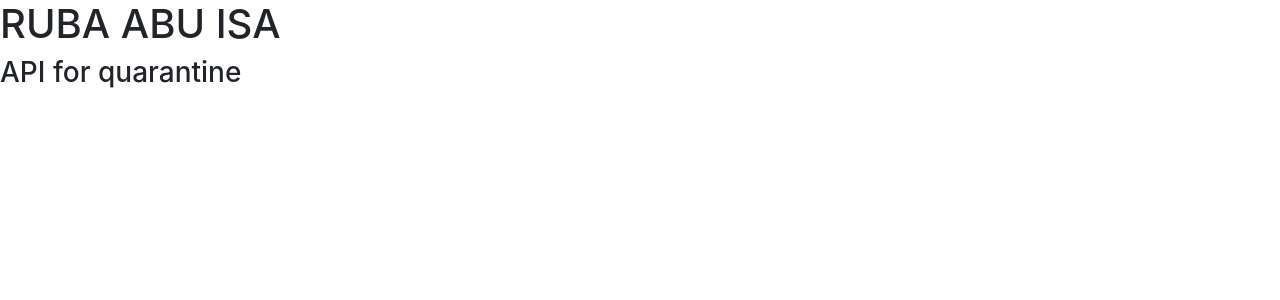
Repository: rubaabu/Fullstack-bitberry
Page: server/index.html
An editor plug-in stored every save of this project. The page is shown before and after the next save, followed by the edit.
The browser window is 1280 px wide. The pictures show the whole page.

Above is the page before, as saved 2020-04-02 15:44:54.

### server/index.html
<!DOCTYPE html>
<html lang="en">
<head>
    <meta charset="UTF-8">
    <meta name="viewport" content="width=device-width, initial-scale=1.0">
    <title>Ruba</title>

    <link rel="stylesheet" type="text/css" href="style.css">
    <link rel="stylesheet" href="https://stackpath.bootstrapcdn.com/bootstrap/4.4.1/css/bootstrap.min.css" integrity="sha384-Vkoo8x4CGsO3+Hhxv8T/Q5PaXtkKtu6ug5TOeNV6gBiFeWPGFN9MuhOf23Q9Ifjh" crossorigin="anonymous">
</head>
<body>
    <header>
        <div class="header">
            <h1>RUBA ABU ISA</h1>
            <h3>API for quarantine</h3>
        </div>
    </header>
</body>
</html>

### server/style.css
header .head {
    background-color: #E9ECEF;
}

After the next save:
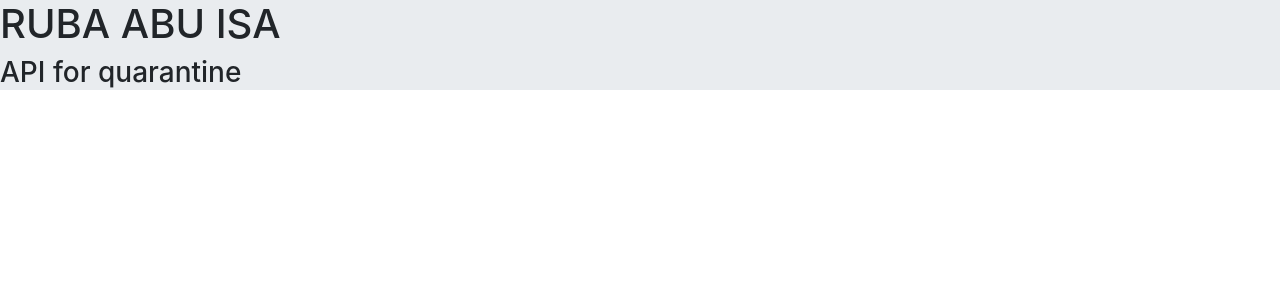
Saved 22 s later.
--- a/server/style.css
+++ b/server/style.css
@@ -1,3 +1,3 @@
-header .head {
+header .header {
     background-color: #E9ECEF;
 }
